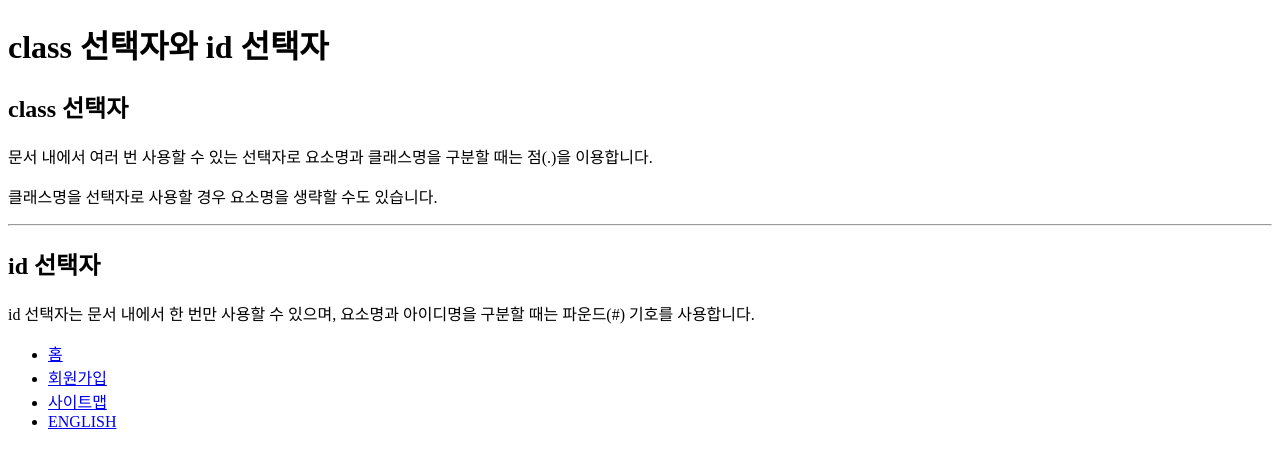
Repository: gus-123/Edu_KCC_HTML
Page: CSS/WebContent/css_exam01.html
These files come from the project's save history. The page is drawn as it stood at one moment and after the next save; the edit follows.
The browser window is 1280 px wide. The pictures show the whole page.

Above is the page before, as saved 2024-07-09 01:22:00.

After the next save:
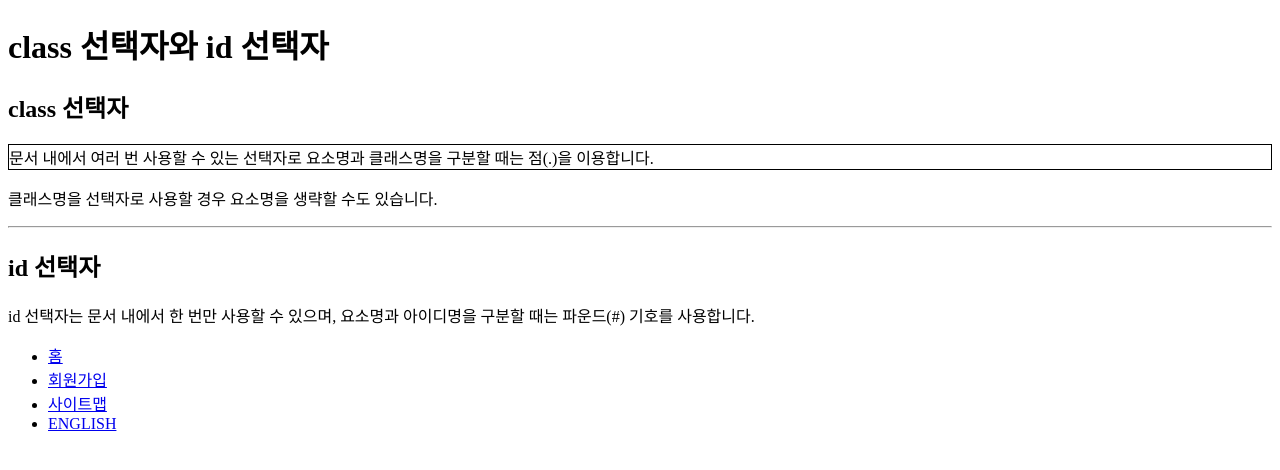
Saved 78 s later.
--- a/CSS/WebContent/css_exam01.html
+++ b/CSS/WebContent/css_exam01.html
@@ -4,7 +4,10 @@
 	<meta http-equiv="content-type" content="text/html; charset=euc-kr" />
 	<title>class &amp; id 선택자</title>
 	<style type="text/css">
+		p.note {
+			border: 1px solid;
 
+		}
 	</style>
 </head>
 <body>
